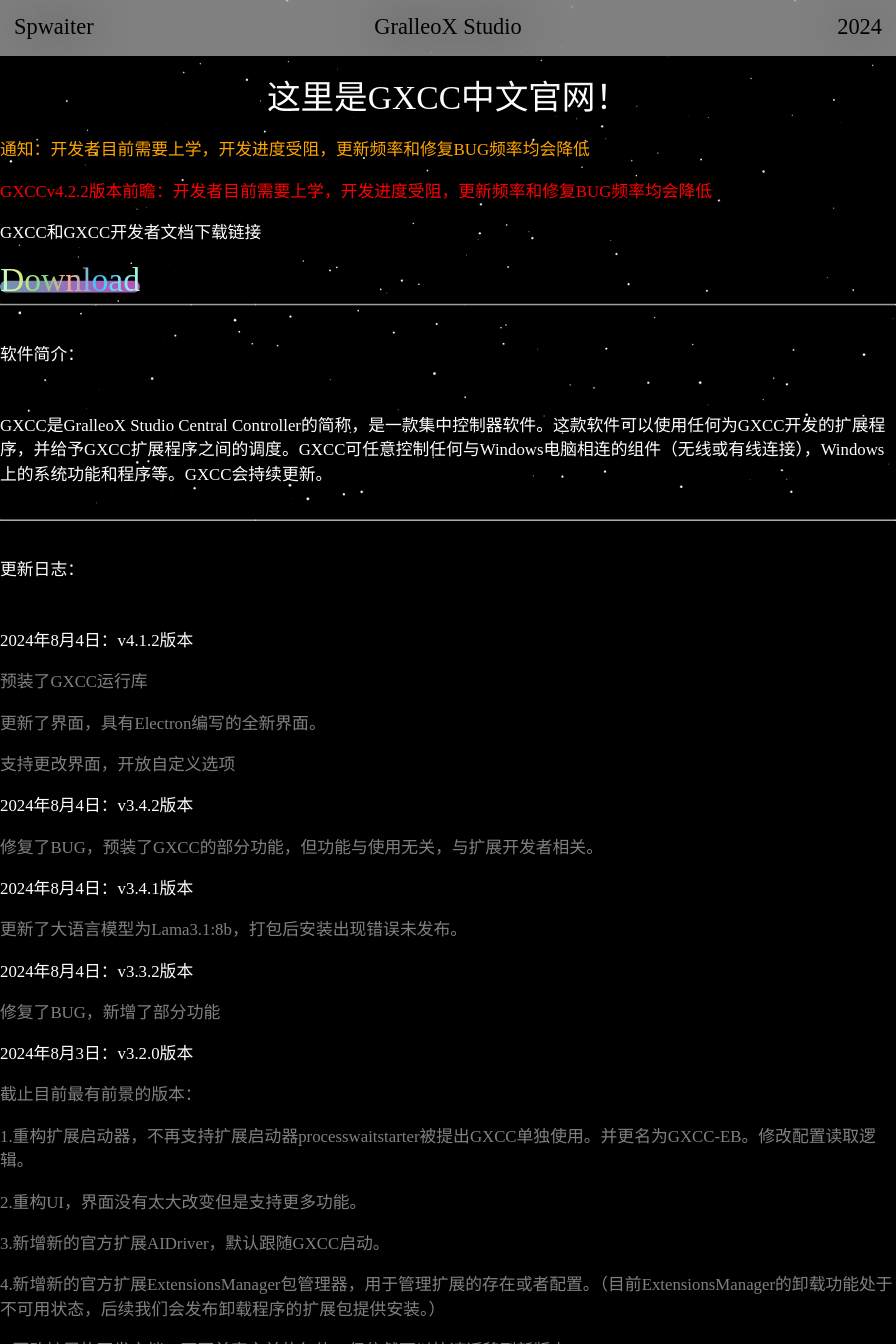
Repository: Lisu-Liso/GXCC
Page: index.html
These files come from the project's save history. The page is drawn as it stood at one moment and after the next save; the edit follows.
The browser window is 1280 px wide. The pictures show the part of the page from y = 0 to 1920 px (the page is 4007 px tall), at 70% of full size.

Above is the page before, as saved 2024-10-05 21:15:40.

After the next save:
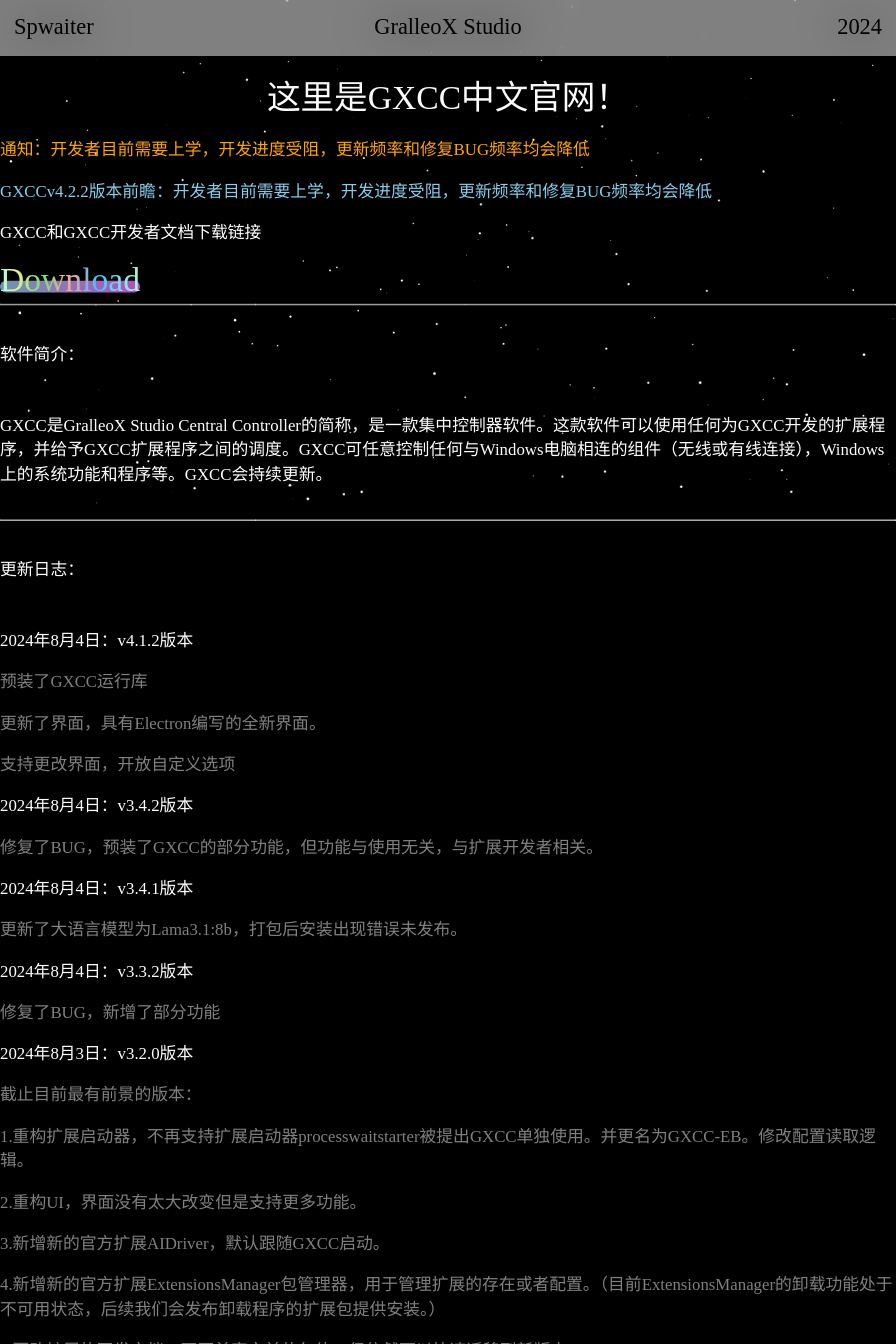
Saved 4 s later.
--- a/index.html
+++ b/index.html
@@ -275,7 +275,7 @@
         </script>
         <div style="text-align:center;top:0;left:0;right:0;"><font size="7"color="white">这里是GXCC中文官网！</font></div>
         <p class="normaltext" style="color: orange;">通知：开发者目前需要上学，开发进度受阻，更新频率和修复BUG频率均会降低</p>
-        <p class="normaltext" style="color: red;">GXCCv4.2.2版本前瞻：开发者目前需要上学，开发进度受阻，更新频率和修复BUG频率均会降低</p>
+        <p class="normaltext" style="color: skyblue;">GXCCv4.2.2版本前瞻：开发者目前需要上学，开发进度受阻，更新频率和修复BUG频率均会降低</p>
         <p class="normaltext">GXCC和GXCC开发者文档下载链接</p>
         <a class="newbutton" onclick="join_us()"><font class="article-header--title" size="7">Download</font></a>
         <div class="black_board" id="bb"></div>
